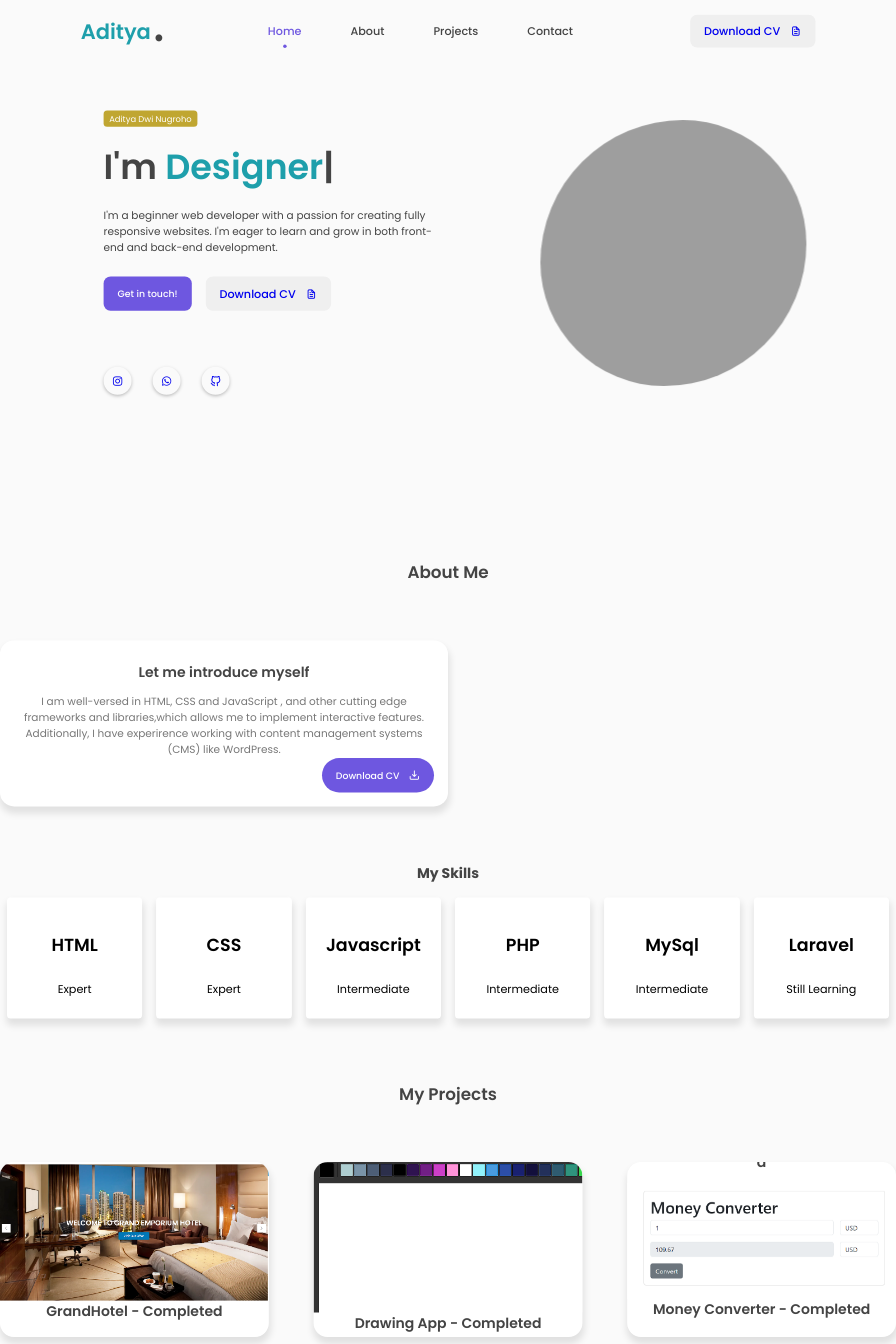
Repository: 4Kbrain/Portofolio
Page: index.html
These files come from the project's save history. The page is drawn as it stood at one moment and after a run of saves; the edit follows.
The browser window is 1280 px wide. The pictures show the part of the page from y = 0 to 1920 px (the page is 3007 px tall), at 70% of full size.
Pictures or frames that could not be fetched are drawn as grey boxes.

Above is the page before, as saved 2024-05-15 18:14:47.
Console error: ReferenceError: ScrollReveal is not defined

After the next 2 saves:
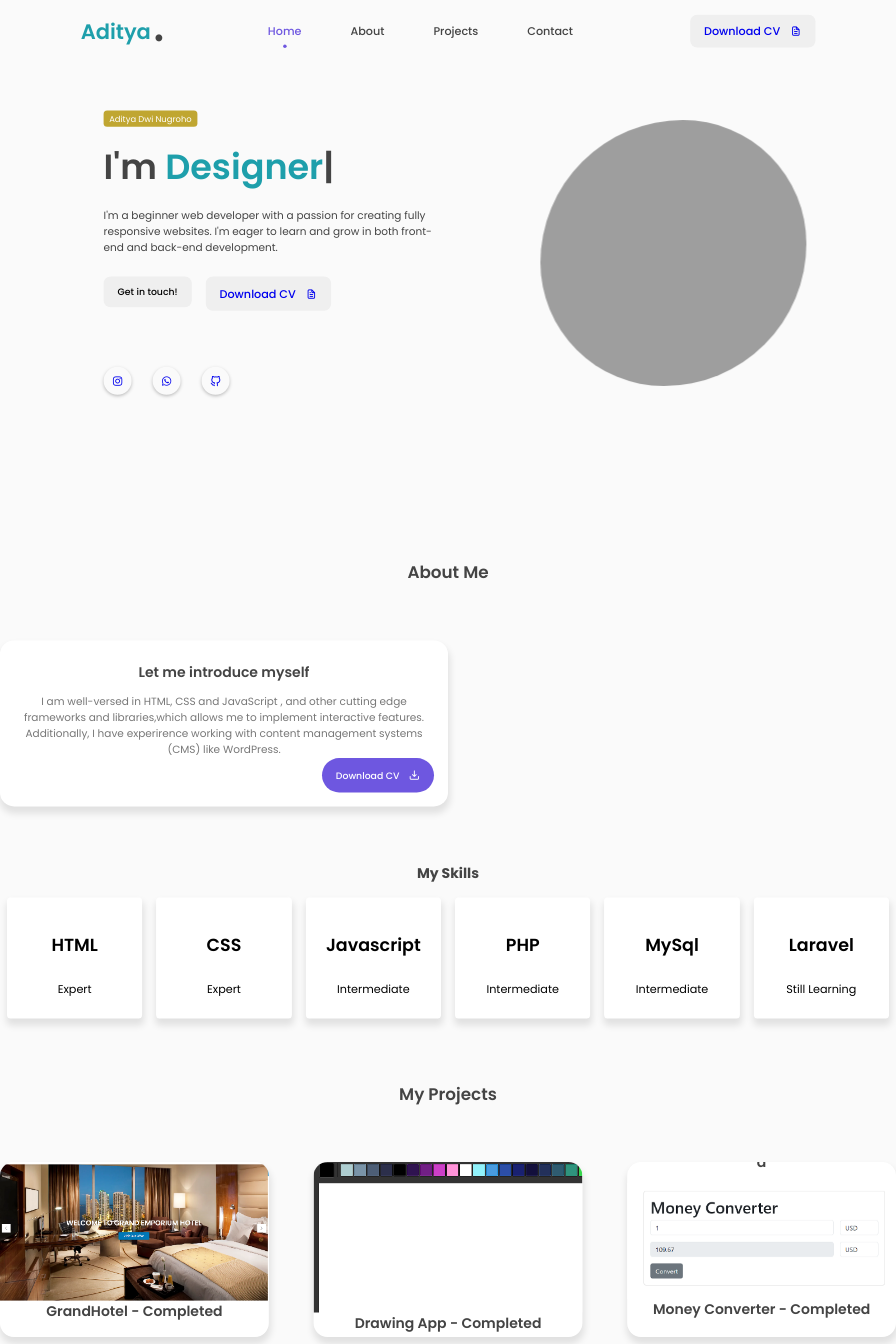
The 2 saves are shown as one change because they came seconds apart.
The last was saved 42 s later.
--- a/index.html
+++ b/index.html
@@ -67,7 +67,7 @@
                         </p>
                     </div>
                     <div class="featured-text-btn">
-                        <button class="btn blue-btn">Get in touch!</button>
+                       <a href=""> <button class="btn blue-btn">Get in touch!</button></a>
                         <a id="downloadCVButton" href="assets/CV/Aditya%20CV.pdf" download="CV.pdf" class="btn">Download CV <i class="uil uil-file-alt"></i></a>
 
                     </div>

After the save that followed:
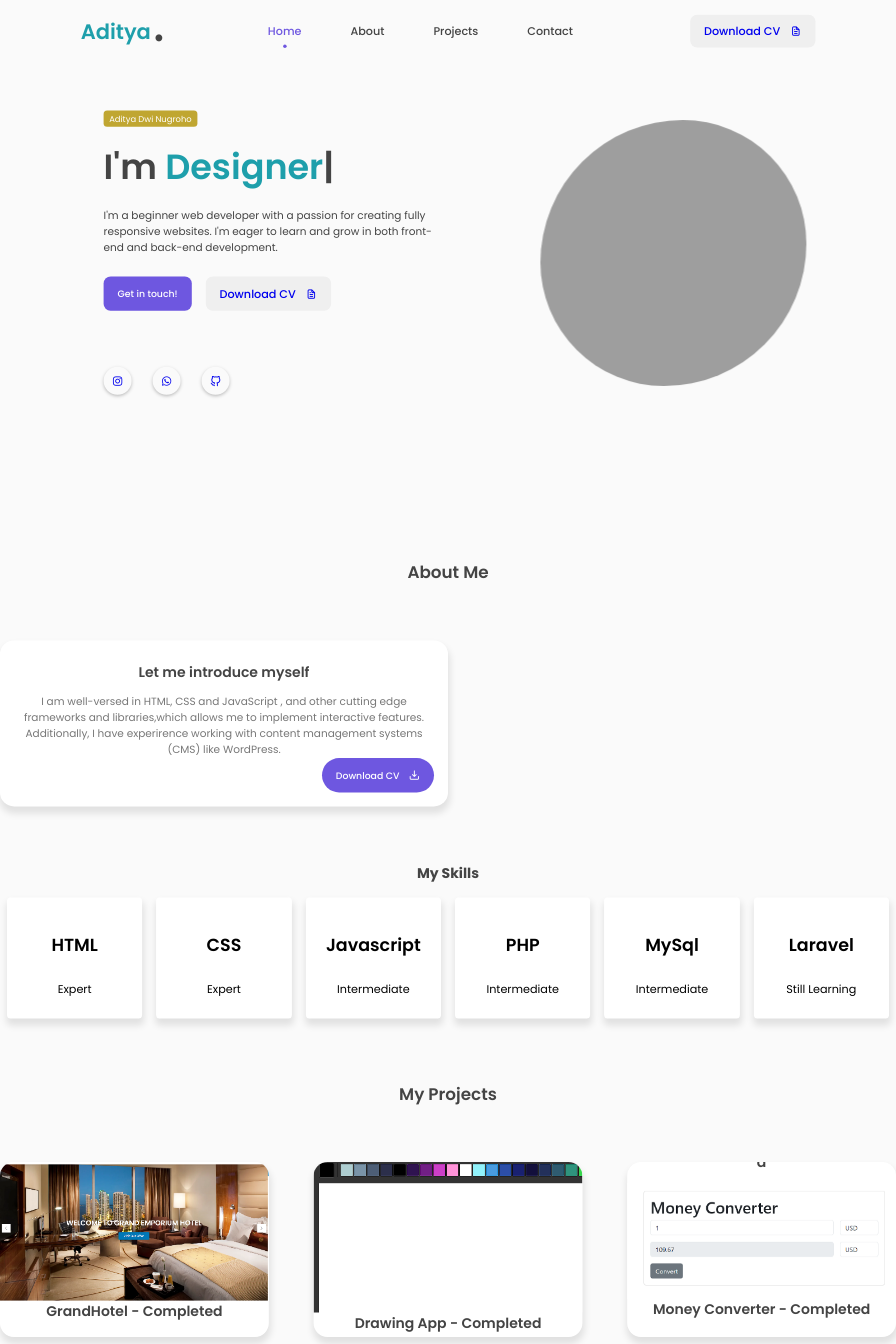
Saved 10 s later.
--- a/index.html
+++ b/index.html
@@ -67,7 +67,7 @@
                         </p>
                     </div>
                     <div class="featured-text-btn">
-                       <a href=""> <button class="btn blue-btn">Get in touch!</button></a>
+                        <button class="btn blue-btn">Get in touch!</button>
                         <a id="downloadCVButton" href="assets/CV/Aditya%20CV.pdf" download="CV.pdf" class="btn">Download CV <i class="uil uil-file-alt"></i></a>
 
                     </div>
